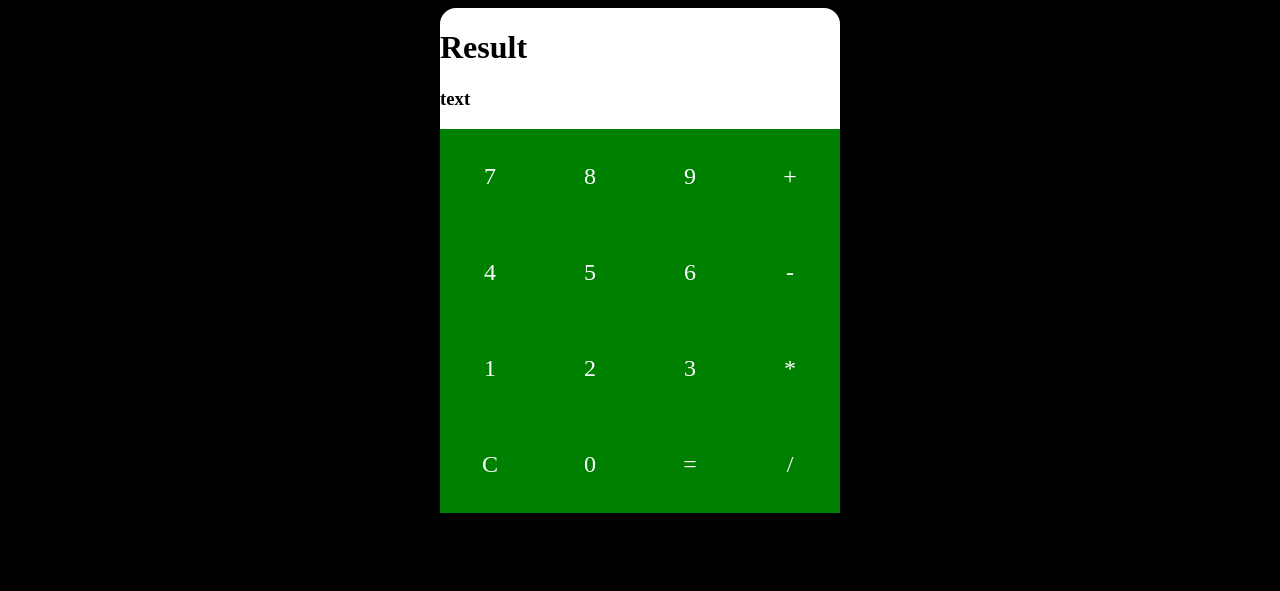
Repository: rajratangm/xcalculator
Page: /
The author's editor kept a copy of each file at every save. The page is drawn from the files as they stood at one save, then again after a run of saves.
The browser window is 1280 px wide. The pictures show the whole page.
The project was rebuilt for these pictures with package versions that can differ from the ones it lists, and the page was loaded fresh each time. Also part of the build but not shown: vite.config.js.

Above is the page before, as saved 2024-04-02 19:10:01.

### src/App.jsx
import {useState} from 'react'
import Button from './Component/Button/Button'
import Input from './Component/Input/Input'
import './App.css'
// import Keyboard from './Component/Keyboard'

function App() {


  return (
    <div className='App'>

    <div className='calculator-wrapper'>
      <Input/>
   <div className='row'>
    <Button symbol='7'/>
    <Button symbol='8'/>
    <Button symbol='9'/>
    <Button symbol='+'/>

   </div>
   <div className='row'>
   <Button symbol='4'/>
    <Button symbol='5'/>
    <Button symbol='6'/>
    <Button symbol='-'/>

   </div>
   <div className='row'>
   <Button symbol='1'/>
    <Button symbol='2'/>
    <Button symbol='3'/>
    <Button symbol='*'/>

   </div>


   <div className='row'>
   <Button symbol='C'/>
    <Button symbol='0'/>
    <Button symbol='='/>
    <Button symbol='/'/>

   </div>
    </div>

    </div>
  )
  }
export default App

### src/Component/Button/Button.jsx
import './Button.css'


const Button=({symbol})=>{
    return <div className='button-wrapper'>
{symbol}
    </div>
}

export default Button

### src/Component/Input/Input.jsx
import './Input.css'


const Input=()=>{

    return <div className='input-wrapper'>
        <div className='result'>
            <h1>Result</h1>
        </div>
        <div className='text'>
            <h3> text</h3>
        </div>
    </div>
}

export default Input;

### src/App.css
body{
  background-color: black;

}

.App{
  display: flex;
  justify-content: center;
  align-items: center;
}

.calculator-wrapper{
  background-color:white;
  width:400px;
  border-radius: 16px;

}

.row{
  display: flex;
}

### src/Component/Button/Button.css
.button-wrapper{
    height: 4em;
    display: flex;
    align-items: center;
    justify-content: center;
    font-size: 24px;
    background-color:green;
    color:#ffffff;
    flex:1;

}

### src/Component/Input/Input.css
.input-wrapper{
    height: ;
}

Loaded but not shown: index.html (common file); src/main.jsx (common file)

After the next 9 saves:
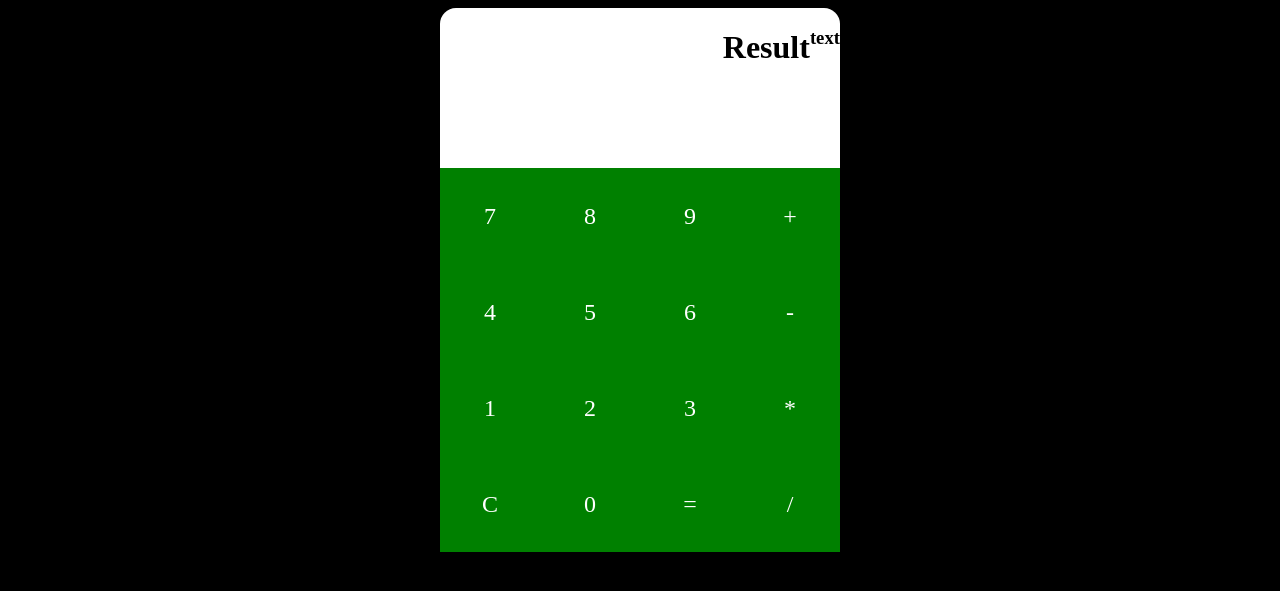
The 9 saves are shown as one change because they came seconds apart.
The last was saved 21 s later.
--- a/src/Component/Input/Input.css
+++ b/src/Component/Input/Input.css
@@ -1,3 +1,6 @@
 .input-wrapper{
-    height: ;
+    height: 10em;
+    display: flex;
+    justify-content: flex-end;
+    align-items
 }
